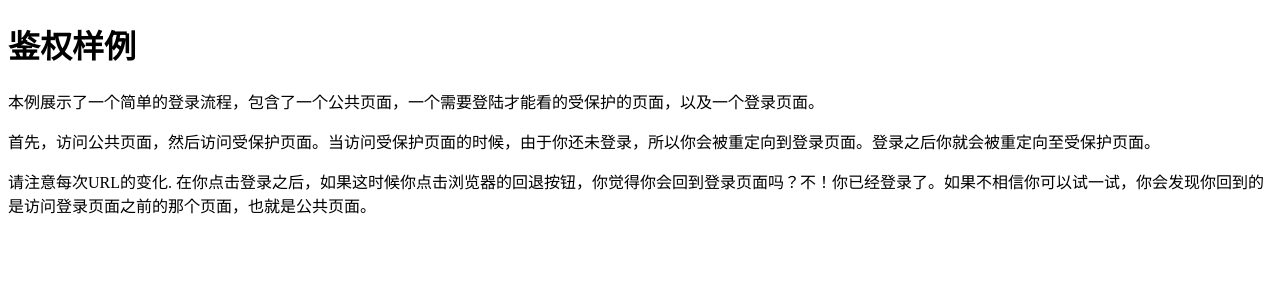
Repository: zhi-shou/moon
Page: /home
The author's editor kept a copy of each file at every save. The page is drawn from the files as they stood at one save, then again after the next save.
The browser window is 1280 px wide. The pictures show the whole page.
The project was rebuilt for these pictures with package versions that can differ from the ones it lists, and the page was loaded fresh each time. Also part of the build but not shown: vite.config.js, src/routers/home.jsx, src/data.js, src/routers/info.jsx.

Above is the page before, as saved 2024-12-31 16:10:27.

### src/main.jsx
import { createRoot } from 'react-dom/client';
import { BrowserRouter, Routes, Route } from 'react-router-dom';
import App from './App';
import Home from './routers/home';
import Info from './routers/info';

const rootElement = document.getElementById('root');
const root = createRoot(rootElement);
root.render(
  <BrowserRouter
    future={{ v7_startTransition: true, v7_relativeSplatPath: true }}
  >
    <Routes>
      <Route path="/" element={<App />}>
        <Route path="/home" element={<Home />} />
        <Route path="/info" element={<Info />}>
          <Route
            index
            element={
              <main style={{ padding: '1rem' }}>
                <p>Select an invoice</p>
              </main>
            }
          />
          <Route path=":invoiceId" element={<Info />} />
        </Route>
        <Route
          path="*"
          element={
            <main style={{ padding: '1rem' }}>
              <p>There's nothing here!</p>
            </main>
          }
        />
      </Route>
    </Routes>
  </BrowserRouter>
);

### src/App.jsx
import * as React from 'react';
import {
  Routes,
  Route,
  Link,
  useNavigate,
  useLocation,
  Navigate,
  Outlet,
} from 'react-router-dom';
import { fakeAuthProvider } from './auth';

export default function App() {
  return (
    <AuthProvider>
      <h1>鉴权样例</h1>

      <p>
        本例展示了一个简单的登录流程，包含了一个公共页面，一个需要登陆才能看的受保护的页面，以及一个登录页面。
      </p>

      <p>
        首先，访问公共页面，然后访问受保护页面。当访问受保护页面的时候，由于你还未登录，所以你会被重定向到登录页面。登录之后你就会被重定向至受保护页面。
      </p>

      <p>
        请注意每次URL的变化.
        在你点击登录之后，如果这时候你点击浏览器的回退按钮，你觉得你会回到登录页面吗？不！你已经登录了。如果不相信你可以试一试，你会发现你回到的是访问登录页面之前的那个页面，也就是公共页面。
      </p>

      <Routes>
        <Route element={<Layout />}>
          <Route path="/" element={<PublicPage />} />
          <Route path="/login" element={<LoginPage />} />
          <Route
            path="/protected"
            element={
              <RequireAuth>
                <ProtectedPage />
              </RequireAuth>
            }
          />
        </Route>
      </Routes>
    </AuthProvider>
  );
}

function Layout() {
  return (
    <div>
      <AuthStatus />

      <ul>
        <li>
          <Link to="/">公共页面</Link>
        </li>
        <li>
          <Link to="/protected">受保护页面e</Link>
        </li>
      </ul>

      <Outlet />
    </div>
  );
}


let AuthContext = React.createContext();

function AuthProvider({ children }) {
  console.log(1111111);

  let [user, setUser] = React.useState(null);

  let signin = (newUser, callback) => {
    return fakeAuthProvider.signin(() => {
      setUser(newUser);
      callback();
    });
  };

  let signout = (callback) => {
    return fakeAuthProvider.signout(() => {
      setUser(null);
      callback();
    });
  };

  let value = { user, signin, signout };

  return <AuthContext.Provider value={value}>{children}</AuthContext.Provider>;
}

function useAuth() {
  return React.useContext(AuthContext);
}

function AuthStatus() {
  let auth = useAuth();
  let navigate = useNavigate();

  if (!auth.user) {
    return <p>还未登录！</p>;
  }

  return (
    <p>
      欢迎 {auth.user}!{' '}
      <button
        onClick={() => {
          auth.signout(() => navigate('/'));
        }}
      >
        登出
      </button>
    </p>
  );
}

function RequireAuth({ children }) {
  let auth = useAuth();
  let location = useLocation();

  if (!auth.user) {
    // 重定向至login页面，但是保存用户试图访问的location，这样我们可以把登陆后的用户重定向至那个页面
    return <Navigate to="/login" state={{ from: location }} replace />;
  }

  return children;
}

function LoginPage() {
  let navigate = useNavigate();
  let location = useLocation();
  let auth = useAuth();

  let from = location.state?.from?.pathname || '/';

  function handleSubmit(event) {
    event.preventDefault();

    let formData = new FormData(event.currentTarget);
    let username = formData.get('username');

    auth.signin(username, () => {
      // 送用户回去他们试图访问的页面
      // 使用 { replace: true } 保证我们不会把login放入history栈
      // 意味着当用户点击回退，他不会重新回退到login页面
      navigate(from, { replace: true });
    });
  }

  return (
    <div>
      <p>你必须登录去查看{from}页面</p>

      <form onSubmit={handleSubmit}>
        <label>
          Username: <input name="username" type="text" />
        </label>{' '}
        <button type="submit">Login</button>
      </form>
    </div>
  );
}

function PublicPage() {
  return <h3>这是公共页面</h3>;
}

function ProtectedPage() {
  return <h3>这是受保护页面</h3>;
}

### src/auth.js
/**
 * 模拟了通用的auth API, 比如 Firebase.
 */
const fakeAuthProvider = {
  isAuthenticated: false,
  signin(callback) {
    fakeAuthProvider.isAuthenticated = true;
    setTimeout(callback, 100); // fake async
  },
  signout(callback) {
    fakeAuthProvider.isAuthenticated = false;
    setTimeout(callback, 100);
  },
};

export { fakeAuthProvider };

After the next save:
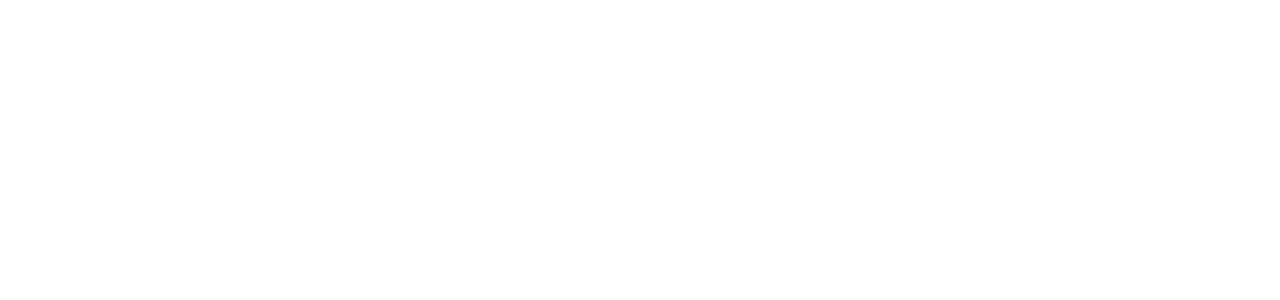
Console error: ReferenceError: navigate is not defined
Saved 21 min 46 s later.
--- a/src/App.jsx
+++ b/src/App.jsx
@@ -91,7 +91,7 @@
 
   return <AuthContext.Provider value={value}>{children}</AuthContext.Provider>;
 }
-
+navigate('/')
 function useAuth() {
   return React.useContext(AuthContext);
 }

After the save that followed:
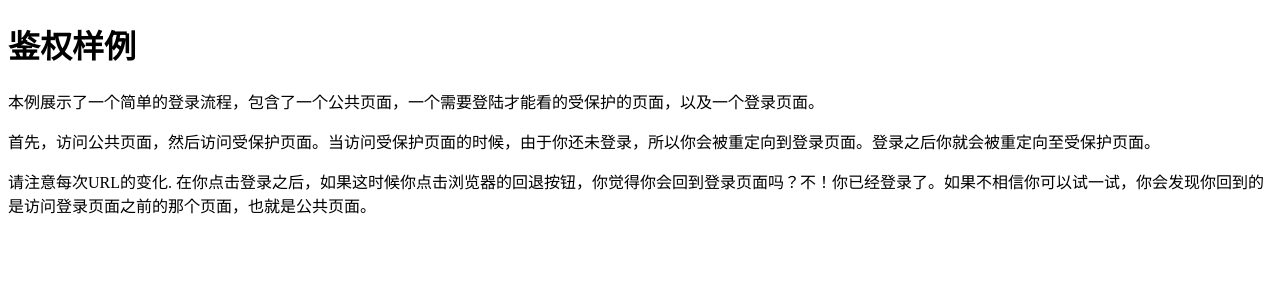
The error is gone.
Saved 3 min 14 s later.
--- a/src/App.jsx
+++ b/src/App.jsx
@@ -65,7 +65,6 @@
   );
 }
 
-
 let AuthContext = React.createContext();
 
 function AuthProvider({ children }) {
@@ -91,7 +90,7 @@
 
   return <AuthContext.Provider value={value}>{children}</AuthContext.Provider>;
 }
-navigate('/')
+
 function useAuth() {
   return React.useContext(AuthContext);
 }
@@ -109,7 +108,10 @@
       欢迎 {auth.user}!{' '}
       <button
         onClick={() => {
-          auth.signout(() => navigate('/'));
+          auth.signout(() => {
+            navigate('/');
+            console.log(22222);
+          });
         }}
       >
         登出
